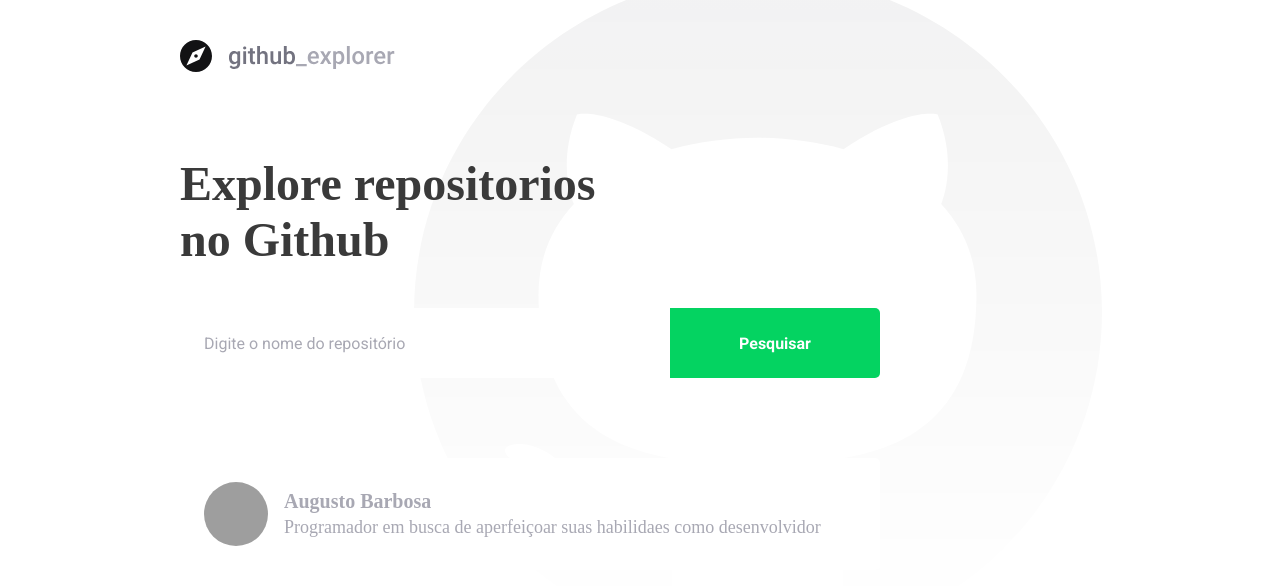
Repository: gutobarbosa/FrontEndLojaVirtual
Page: /
These files come from the project's save history. The page is drawn as it stood at one moment and after the next save; the edit follows.
The browser window is 1280 px wide. The pictures show the whole page.
Pictures or frames that could not be fetched are drawn as grey boxes. The project was rebuilt for these pictures with package versions that can differ from the ones it lists, and the page was loaded fresh each time. Also part of the build but not shown: src/pages/Repository/index.tsx.

Above is the page before, as saved 2020-09-06 21:10:16.

### public/index.html
<!DOCTYPE html>
<html lang="en">
  <head>
    <meta charset="utf-8" />
    <meta name="viewport" content="width=device-width, initial-scale=1" />
    <meta name="theme-color" content="#000000" />

    <title></title>
    <link href="https://fonts.googleapis.com/css2?family=Roboto:wght@400;700&display=swap" rel="stylesheet">
  </head>
  <body>
    <noscript>You need to enable JavaScript to run this app.</noscript>
    <div id="root"></div>

  </body>
</html>

### src/App.tsx
import React from 'react';
import {BrowserRouter} from 'react-router-dom';
import Routes from './routes';
import GlobalStyle from './styles/global';

const App: React.FC = () => {
  return (
      <>
    <BrowserRouter>
        <Routes/>
    </BrowserRouter>
   <GlobalStyle/>
  </>
  );
}

export default App;

### src/routes/index.tsx
import React from 'react';
import {Switch, Route} from 'react-router-dom';

import Dashboard from '../pages/Dashboard';
import Repository from '../pages/Repository';

// rota da url, nesse caso a nossa rota atual é a raiz então vai apenas a / e o componente é que sera acessado através desse endereço url
const Routes: React.FC = () =>{
    return (
        <Switch>
            <Route path="/" exact component={Dashboard} />
            <Route path="/repository" component={Repository} />
        </Switch>
    );
}

export default Routes;

### src/styles/global.ts
import {createGlobalStyle} from 'styled-components';
import subpageimage from '../assets/subpage-image.svg';
export default createGlobalStyle `

* {
    margin:0;
    padding:0;
    outline:0;
    box-sizing:border-box;
}

 body{
    background-color: #F0F0F5;
    -webkit-font-smoothing: antialiased;
    background: url(${subpageimage}) no-repeat 70% top;

 }
 input, button {
     font: 16px Roboto, sans-serif;

 }
 #root {
    max-width: 960px;
    margin: 0 auto; /* pra centralizar as informações desse container */
    padding: 40px 20px;
 }

 button {
     cursor: pointer;
 }
`;

### src/pages/Dashboard/index.tsx
import React from 'react';
import logoImg from '../../assets/logo.svg';
import { Title, Form, Repositories } from './styles';


const Dashboard: React.FC = () => {
    return (
    <>
        <img src={logoImg} alt="Github Explorer"/>
        <Title>Explore repositorios no Github</Title>
        <Form>
            <input placeholder="Digite o nome do repositório"></input>
            <button type="submit"> Pesquisar</button>
        </Form>
        <Repositories>
            <a href="teste">
                <img
                src="https://avatars2.githubusercontent.com/u/46411054?s=460&u=c3f92c619bac6c318c07610c662d7fa846ea36bc&v=4" alt="Augusto Barbosa"
                />

                <div>
                    <strong> Augusto Barbosa </strong>
                    <p> Programador em busca de aperfeiçoar suas habilidaes como desenvolvidor</p>
                </div>
            </a>
        </Repositories>
    </>
    );
};
export default Dashboard;
// function Dashboard() {} é a mesma coisa que o de cima, porém é recomendado que utilize o de cima, pois conseguimos definir a tipagem, pois no typescript temos que tipar e precisamos falar o formato da função. E a tipagem é React.FC assim como no codigo acima

### src/pages/Dashboard/styles.ts
import styled from 'styled-components';
import {shade} from 'polished';

// Template Literals
// Assim como Sass Less que trazem novas funcionalidades dentro do css
// o React faz a mesma coisa com o styled-components no qual
// mesmo sendo um arquivo de estilização do form
// podemos ramificar a estilização, por exemplo, no css comum teriamos que
// fazer da seguinte forma, form input { e a estilização}
// Aqui simplesmente podemos puxar um input {} e entre outros recursos dentro do informado ali em cima
// desta forma todo input, button e etc que estiver dentro do form, receberão as estilizações.
// Então aqui também é possivel encadear as estilizações, assim como está abaixo.
// Obs: mais também podemos manipular da forma antiga do css também sem problemas algum.
export const Title = styled.h1`
    font-size: 48px;
    color: #3A3A3A;
    margin-top: 80px;
    max-width: 450px;
    line-height: 56px;
`;

export const Form = styled.form `
    margin-top: 40px;
    max-width:700px;
    display: flex;

    input{
        flex: 1;
        height: 70px;
        padding: 0 24px;
        border: 0;
        border-radius: 5px 0px 0px 5px;
        color: #3a3a3a;

        &::placeholder{
            color: #a8a8b3;
        }
    }

    button {
        width: 210px;
        height: 70px;
        background: #04D361;
        border-radius: 0px 5px 5px 0px;
        border: 0;
        color: #FFF;
        font-weight: bold;
        transition: background-color 0.2s;

        &:hover{
           background: ${shade(0.2, '#04D361')};
        }
    }

`;

export const Repositories = styled.div `
    margin-top: 80px;
    max-width: 700px;

    a {
        background: #fff;
        border-radius: 5px;
        width: 100%;
        padding: 24px;
        display: block;
        text-decoration: none;
        display: flex;
        align-items: center;

        img {
            width: 64px;
            height: 64px;
            border-radius: 50%;
        }

        div {
            margin-left: 16px;

            strong {
                font-size: 20px;
                color: #A8A8B3;
            }
            p{
                font-size: 18px;
                color: #A8A8B3;
                margin-top: 4px;
            }

        }
    }
`;

/* quando temos um container com determinado tamanho, e temos o componente e utilizamos flex:1 ele ira preencher todo o tamanho do container menos o tamanho do botão, nesse caso podemos definir um tamanho pro botão

/* isso é oque tinamos antes
h1{
    font-size: 48px;
    color: #3A3A3A;
} */

Loaded but not shown: src/index.tsx (common file)

After the next save:
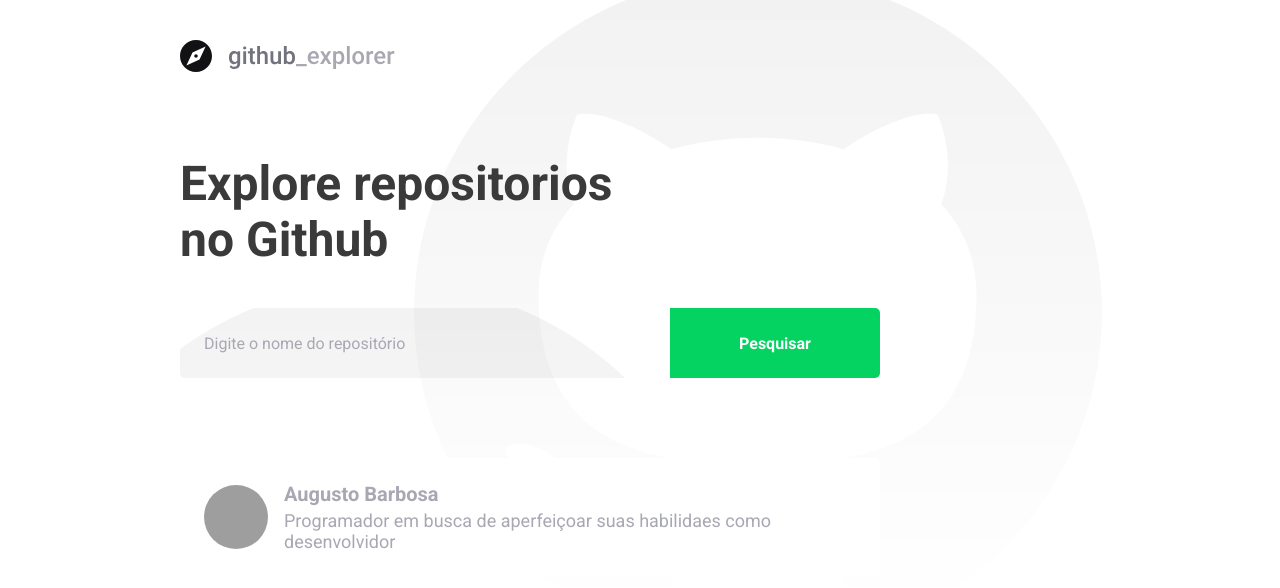
Saved 15 s later.
--- a/src/styles/global.ts
+++ b/src/styles/global.ts
@@ -15,8 +15,11 @@
     background: url(${subpageimage}) no-repeat 70% top;
 
  }
- input, button {
+ input, body, button {
      font: 16px Roboto, sans-serif;
+     background-color: #F0F0F5;
+    -webkit-font-smoothing: antialiased;
+    background: url(${subpageimage}) no-repeat 70% top;
 
  }
  #root {
